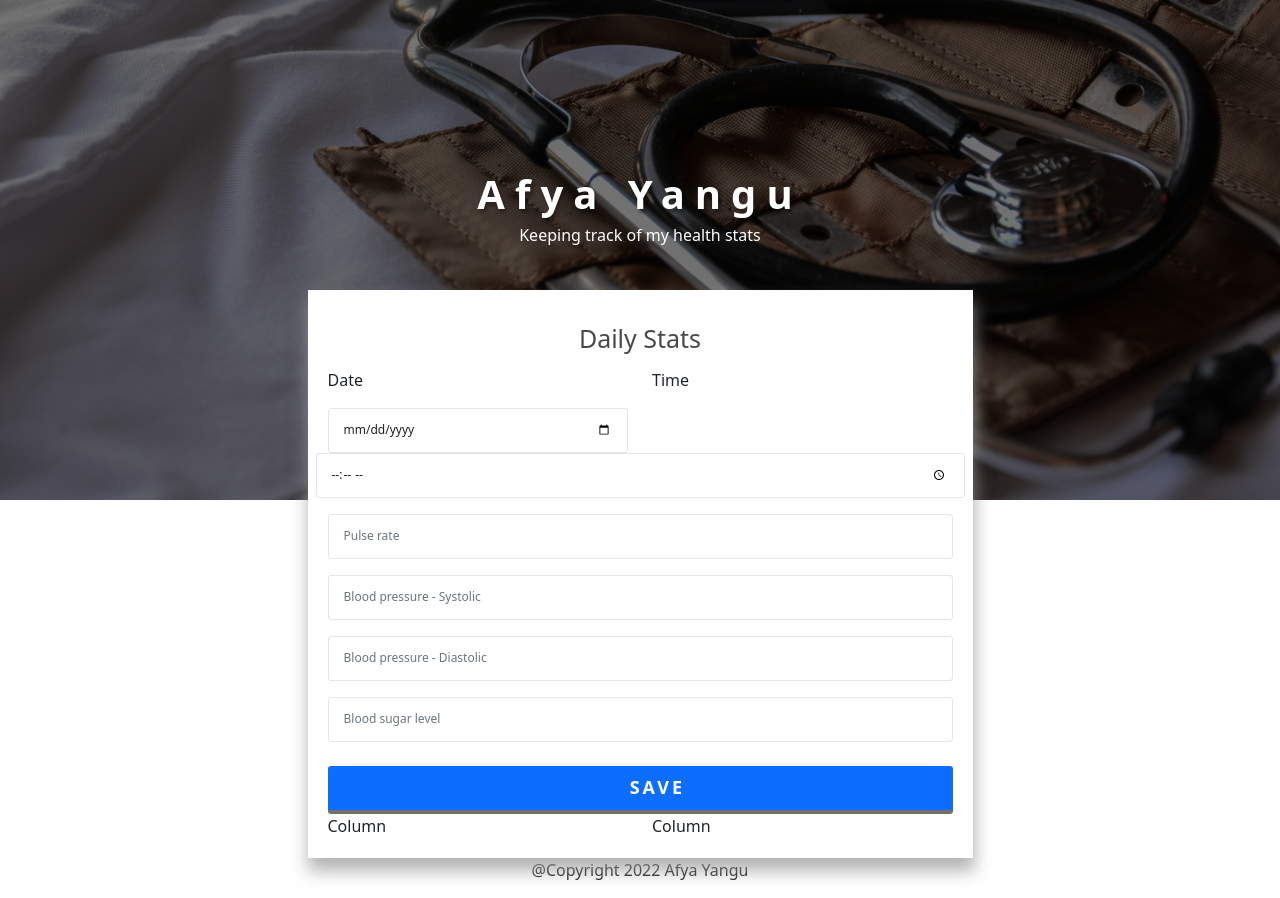
Repository: nashthecoder/afya_yangu
Page: /
These files come from the project's save history. The page is drawn as it stood at one moment and after the next save; the edit follows.
The browser window is 1280 px wide. The pictures show the whole page.
The project was rebuilt for these pictures with package versions that can differ from the ones it lists, and the page was loaded fresh each time.

Above is the page before, as saved 2022-02-27 15:58:19.

### src/App.js
import React from 'react'
import Banner from './components/Banner'
import Form from './components/Form'
import Footer from './components/Footer'
function App() {
  return (
    <div className="App">
      <Banner />
      <Form />
      <Footer />
    </div>
  );
}

export default App;

### src/style.scss
@import '../node_modules/bootstrap/scss/bootstrap.scss';
/*********************************************/
/*             GENERAL CSS              */
/*********************************************/

body {
    width: 100%;
    position: relative;
}

p.main-form-text {
    font-size: 25px !important;
    font-weight: 500;
    color: #494949;
}

h3 {
    font-size: 40px;
    letter-spacing: 10px;
    font-weight: bold;
}

h4 {
    font-size: 16px;
}

img {
    width: 100%;
    height: 100%;
}

form {
    position: relative;
}

/*********************************************/
/*              UTILITY CSS             */
/*********************************************/

input,
input.form-control {
    color: #222;
    font-size: 12px;
    background: $white;
    padding: 0 15px;
    width: 100%;
    height: 45px;
    line-height: 46px;
    outline: none;
    border: 1px solid #e5e5e5;
    border-radius: 3px;
    box-shadow: none;
    transition: all 0.3s;
}

.btn-primary {
    font-weight: 600;
    font-size: 18px;
    cursor: pointer;
    display: inline-block;
    text-transform: uppercase;
    border: none;
    color: $white;
    border-radius: 3px;
    transition: all 0.3s;
    border-bottom: 4px solid #707070;
    letter-spacing: 3px;
}

.btn-primary:hover,
.btn-primary:focus {
    border-bottom: 4px solid #707070;
    background-color: #2b2b2b;
}

.banner {
    background-image: url("./images/bg.jpg");
    min-height: 500px;
    padding: 40px 0px;
    position: relative;
    background-position: center center;
    background-size: cover;
    background-repeat: no-repeat;
}

.banner::before {
    content: "";
    width: 100%;
    height: 100%;
    opacity: 0.5;
    background-color: #000;
    position: absolute;
    top: 0;
}

.brand {
    text-shadow: 2px 4px 3px rgba(0, 0, 0, 0.3);
}

.caption-text {
    margin-top: 130px;
    color: $white;
    position: relative;
}

/*********************************************/
/*              BANNER CSS              */
/*********************************************/

.banner {
    background-image: url("./images/bg.jpg");
    min-height: 500px;
    padding: 40px 0px;
    position: relative;
    background-position: center center;
    background-size: cover;
    background-repeat: no-repeat;
}

.banner::before {
    content: "";
    width: 100%;
    height: 100%;
    opacity: 0.5;
    background-color: #000;
    position: absolute;
    top: 0;
}

.brand {
    text-shadow: 2px 4px 3px rgba(0, 0, 0, 0.3);
}

.caption-text {
    margin-top: 130px;
    color: $white;
    position: relative;
}

/*********************************************/
/*              FORM CSS                "/
/*********************************************/

.form-box #box-title {
    position: relative;
    padding: 10px;
    text-align: center;
}

.form-box #box-title p {
    margin-bottom: 0;
    font-size: 14px;
}

.fill-form {
    position: relative;
    margin: -210px auto 0px auto;
    box-shadow: 1px 12px 16px 1px rgba(153, 153, 153, 0.75);
    -webkit-box-shadow: 1px 12px 16px 1px rgba(153, 153, 153, 0.75);
    -moz-box-shadow: 1px 12px 16px 1px rgba(153, 153, 153, 0.75);
}

.fill-form .form-box__img {
    background-color: transparent;
}

.fill-form .form-box__content {
    padding: 20px;
    background-color: $white;
}

/*********************************************/
/*               FOOTER CSS                  "/
/*********************************************/

footer p {
    margin: 55px 0px 60px 0px;
    font-size: 17px;
    font-weight: 600;
    color: transparent;
    -webkit-background-clip: text;
    -moz-background-clip: text;
    background-clip: text;
}

### src/components/Banner.js
import React from 'react'

const Banner = () => {
    return (
        <>
        <header>
            <div className="banner">
                <div className="container">
                    <div className="row">
                        <div className="col-lg-9 offset-lg-3 mx-auto">
                            <div className="caption-text text-center">
                                <h3 className="brand">Afya Yangu</h3>
                                <h4> Keeping track of my health stats</h4>
                            </div>
                        </div>
                    </div>
                </div>
            </div>
        </header>
        </>
    )
}

export default Banner

### src/components/Form.js
import React from 'react'

const Form = () => {
    return (
        <>
        <section>
            <div className="container">
                <div className="row">
                <div className="col-lg-7 offset-lg-2 g-0 mx-auto">
                    <div className="fill-form form-box">
                            <div className="form-box__content">
                            <div id="box-title">
                                <p className="main-form-text">Daily Stats</p>
                            </div>
                            <form>
                                <div class="row">
                                    <div class="col">
                                        <p>Date</p>
                                        <input
                                            class="form-control"
                                            id="date"
                                            name="date"
                                            placeholder="Date"
                                            type="date"
                                        />
                                    </div>
                                    <div class="col">
                                        <p>Time</p>
                                    </div>
                                    <input
                                        class="form-control"
                                        id="time"
                                        name="time"
                                        placeholder="Time"
                                        type="time"
                                    />
                                </div>
                                <div className="mt-3">
                                <input
                                    className="form-control"
                                    id="pulse-rate"
                                    name="pulse-rate"
                                placeholder="Pulse rate"
                                    type="number"
                                />
                                </div>
                                <div className="mt-3">
                                    <input
                                        class="form-control"
                                    id="systolic-number"
                                        name="systolic-number"
                                        placeholder="Blood pressure - Systolic"
                                        type="number"
                                    />
                                </div>
                                <div className="mt-3">
                                    <input
                                        className="form-control"
                                        id="diastolic-number"
                                        name="diastolic-number"
                                    placeholder="Blood pressure - Diastolic"
                                        type="number"
                                    />
                                </div>
                                <div className="mt-3">
                                    <input
                                        class="form-control"
                                    id="bloodSugar-level"
                                        name="bloodSugar-level"
                                        placeholder="Blood sugar level"
                                        type="number"
                                    />
                                </div>
                                <div className="d-grid mt-4">
                                <button class="btn btn-primary btn-lg" type="submit" value="Send Now">
                                    <svg
                                    xmlns="http://www.w3.org/2000/svg"
                                    width="27"
                                    height="27"
                                    fill="currentColor"
                                    class="bi bi-mailbox2"
                                    viewBox="0 0 16 16"
                                    >
                                    </svg>{" "}
                                    Save
                                </button>

                                <div class="container">
                                    <div class="row row-cols-2">
                                        <div class="col">Column</div>
                                        <div class="col">Column</div>
                                    </div>
                                </div>
                                </div>
                            </form>
                            </div>
                        </div>
                    </div>
                </div>
                </div>
        </section>
        </>
    )
}

export default Form

### src/components/Footer.js
import React from 'react'

const Footer = () => {
    return (
        <>
        <div>
            <p className="footer text-center">@Copyright 2022 Afya Yangu</p>
        </div>
        </>
    )
}

export default Footer

Loaded but not shown: public/index.html (common file); src/index.js (common file); src/reportWebVitals.js (common file)

After the next save:
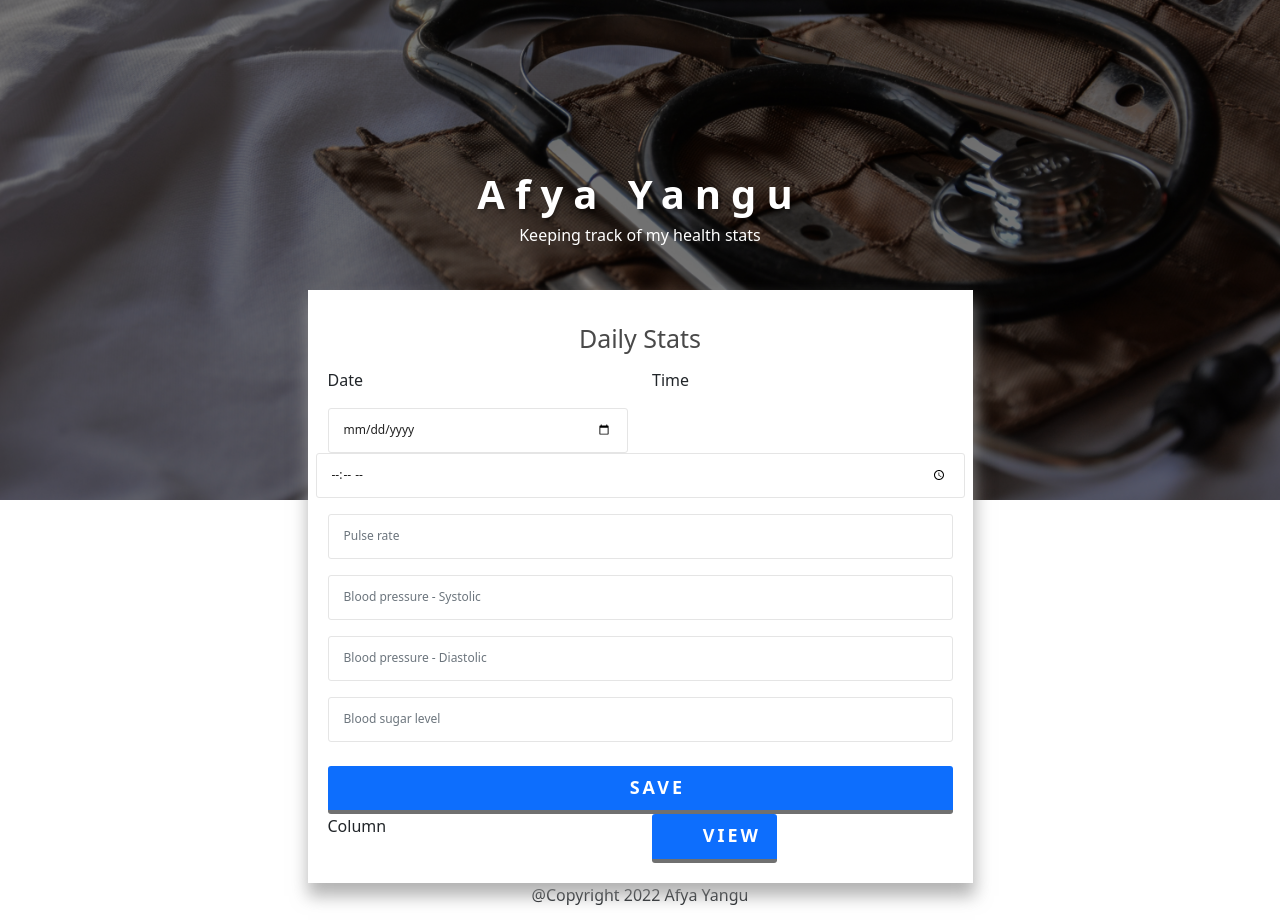
Saved 5 s later.
--- a/src/components/Form.js
+++ b/src/components/Form.js
@@ -88,7 +88,20 @@ const Form = () => {
                                 <div class="container">
                                     <div class="row row-cols-2">
                                         <div class="col">Column</div>
-                                        <div class="col">Column</div>
+                                        <div class="col">
+                                        <button class="btn btn-primary btn-lg" type="submit" value="Send Now">
+                                    <svg
+                                    xmlns="http://www.w3.org/2000/svg"
+                                    width="27"
+                                    height="27"
+                                    fill="currentColor"
+                                    class="bi bi-mailbox2"
+                                    viewBox="0 0 16 16"
+                                    >
+                                    </svg>{" "}
+                                    View
+                                </button>
+                                        </div>
                                     </div>
                                 </div>
                                 </div>
